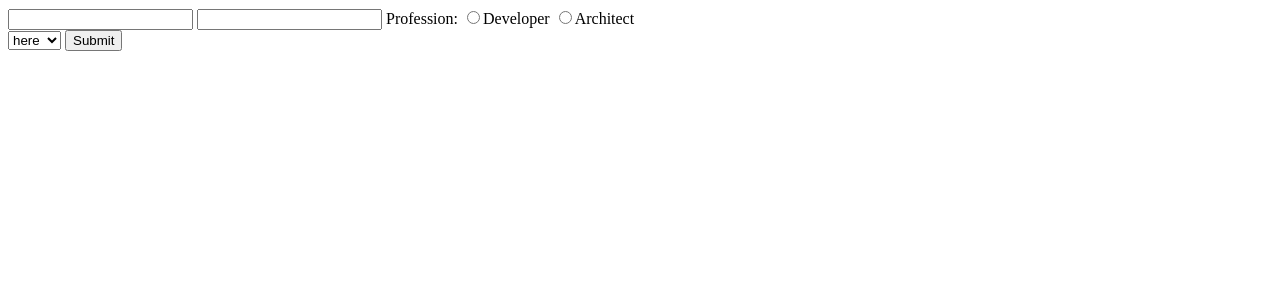
Repository: edwinisnow/jsp-servlets-demo
Page: SimpleServletProject/src/main/webapp/SimpleForm.html
The author's editor kept a copy of each file at every save. The page is drawn from the files as they stood at one save, then again after the next save.
The browser window is 1280 px wide. The pictures show the whole page.

Above is the page before, as saved 2024-05-05 23:29:46.

After the next save:
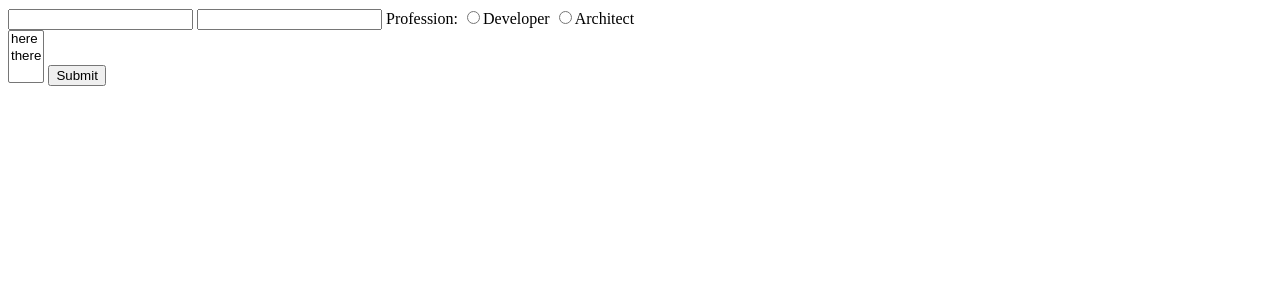
Saved 52 s later.
--- a/SimpleServletProject/src/main/webapp/SimpleForm.html
+++ b/SimpleServletProject/src/main/webapp/SimpleForm.html
@@ -13,7 +13,7 @@
 	<input type="radio" name="prof" value="Developer">Developer</input>
 	<input type="radio" name="prof" value="Architect">Architect</input>
 	<br/>
-	<select name="location">
+	<select name="location" mulitple size=3>
 		<option value="here">here</option>
 		<option value="there">there</option>
 	</select>
